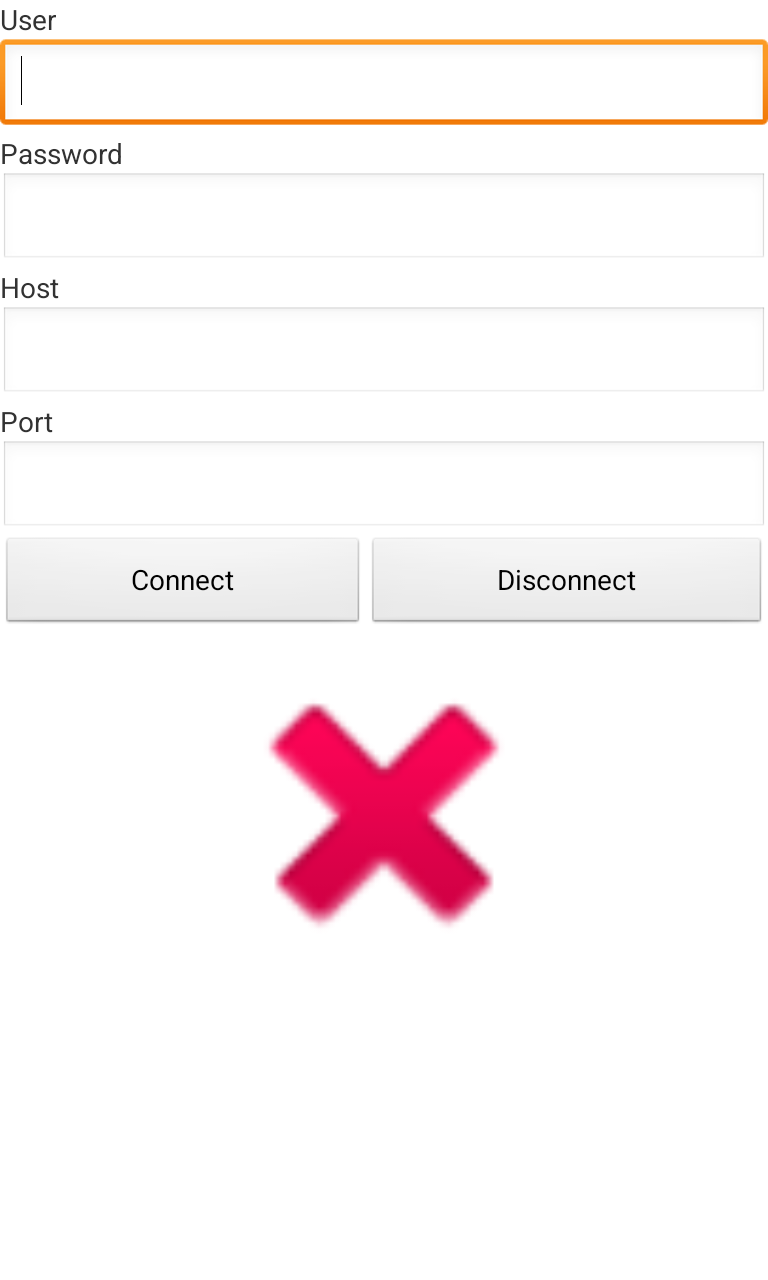
Repository: jonatansantos/Android-Server-Status
Layout: desarrollo/ModuloSSH/res/layout/pestanamainmanual.xml
An editor plug-in stored every save of this project. The layout is shown before and after the next save, followed by the edit.
It is drawn on a 768 x 1280 px phone screen (xhdpi) without system bars, with theme android:Theme.Light; the app's code is not run.

Above is the layout before, as saved 2012-03-21 18:08:41.

After the next save:
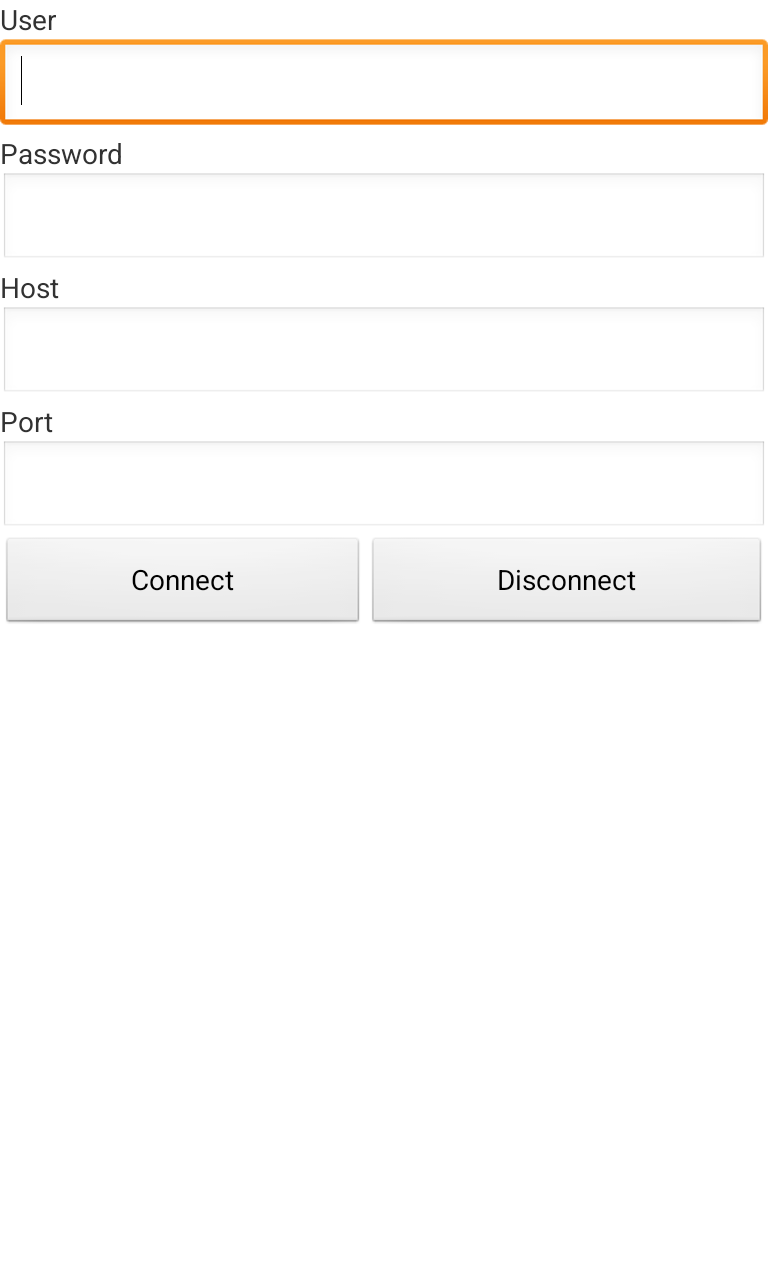
Saved 62 s later.
--- a/desarrollo/ModuloSSH/res/layout/pestanamainmanual.xml
+++ b/desarrollo/ModuloSSH/res/layout/pestanamainmanual.xml
@@ -88,53 +88,53 @@
     </LinearLayout>
 
 
-    <ViewSwitcher
-        android:id="@+id/vSwicher"
-        android:layout_width="match_parent"
-        android:layout_height="181dp" >
+<!--     <ViewSwitcher -->
+<!--         android:id="@+id/vSwicher" -->
+<!--         android:layout_width="match_parent" -->
+<!--         android:layout_height="181dp" > -->
 
-        <ImageView
-            android:id="@+id/imageView1"
-            android:layout_width="match_parent"
-            android:layout_height="match_parent"
-            android:layout_weight="4.48"
-            android:src="@android:drawable/ic_delete" />
+<!--         <ImageView -->
+<!--             android:id="@+id/imageView1" -->
+<!--             android:layout_width="match_parent" -->
+<!--             android:layout_height="match_parent" -->
+<!--             android:layout_weight="4.48" -->
+<!--             android:src="@android:drawable/ic_delete" /> -->
 
-        <LinearLayout
-            android:id="@+id/lyaout1"
-            android:layout_width="match_parent"
-            android:layout_height="match_parent"
-            android:orientation="vertical" >
+<!--         <LinearLayout -->
+<!--             android:id="@+id/lyaout1" -->
+<!--             android:layout_width="match_parent" -->
+<!--             android:layout_height="match_parent" -->
+<!--             android:orientation="vertical" > -->
 
-            <LinearLayout
-                android:id="@+id/layaout2"
-                android:layout_width="match_parent"
-                android:layout_height="wrap_content" >
+<!--             <LinearLayout -->
+<!--                 android:id="@+id/layaout2" -->
+<!--                 android:layout_width="match_parent" -->
+<!--                 android:layout_height="wrap_content" > -->
 
-                <EditText
-                    android:id="@+id/etCmd"
-                    android:layout_width="wrap_content"
-                    android:layout_height="wrap_content"
-                    android:layout_weight="4.48" />
+<!--                 <EditText -->
+<!--                     android:id="@+id/etCmd" -->
+<!--                     android:layout_width="wrap_content" -->
+<!--                     android:layout_height="wrap_content" -->
+<!--                     android:layout_weight="4.48" /> -->
 
-                <ImageButton
-                    android:id="@+id/btrun"
-                    android:layout_width="wrap_content"
-                    android:layout_height="wrap_content"
-                    android:layout_weight="1"
-                    android:src="@android:drawable/ic_media_play" />
-            </LinearLayout>
+<!--                 <ImageButton -->
+<!--                     android:id="@+id/btrun" -->
+<!--                     android:layout_width="wrap_content" -->
+<!--                     android:layout_height="wrap_content" -->
+<!--                     android:layout_weight="1" -->
+<!--                     android:src="@android:drawable/ic_media_play" /> -->
+<!--             </LinearLayout> -->
 
-            <EditText
-                android:id="@+id/etResult"
-                android:layout_width="match_parent"
-                android:layout_height="wrap_content"
-                android:layout_weight="1"
-                android:editable="false"
-                android:gravity="fill_vertical|top"
-                android:inputType="textMultiLine" />
-        </LinearLayout>
-    </ViewSwitcher>
+<!--             <EditText -->
+<!--                 android:id="@+id/etResult" -->
+<!--                 android:layout_width="match_parent" -->
+<!--                 android:layout_height="wrap_content" -->
+<!--                 android:layout_weight="1" -->
+<!--                 android:editable="false" -->
+<!--                 android:gravity="fill_vertical|top" -->
+<!--                 android:inputType="textMultiLine" /> -->
+<!--         </LinearLayout> -->
+<!--     </ViewSwitcher> -->
 </LinearLayout>
 
 </ScrollView>
